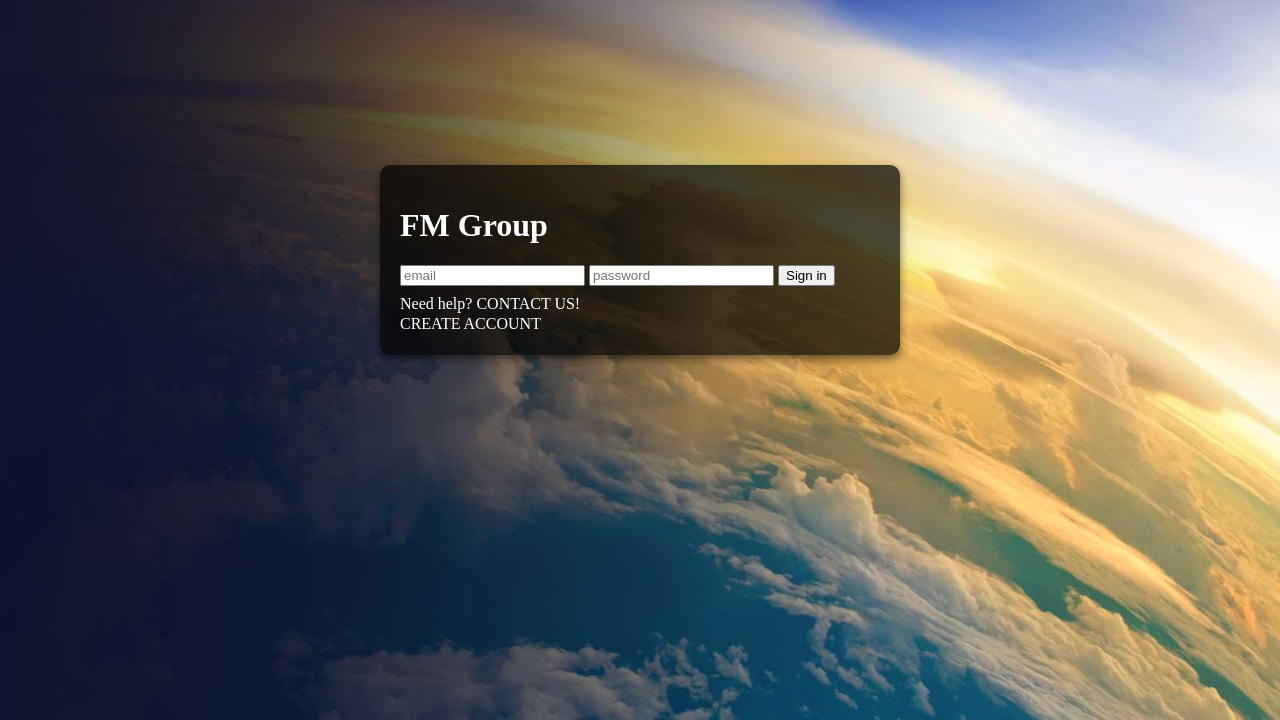
Repository: leeboseok/proposal-board
Page: http://localhost/ProposalSys/signin.jsp
The author's editor kept a copy of each file at every save. The page is drawn from the files as they stood at one save, then again after the next save.
The browser window is 1280 px wide. The pictures show the whole page.
The page is served by Tomcat 9.

Above is the page before, as saved 2024-07-31 16:26:38.

After the next save:
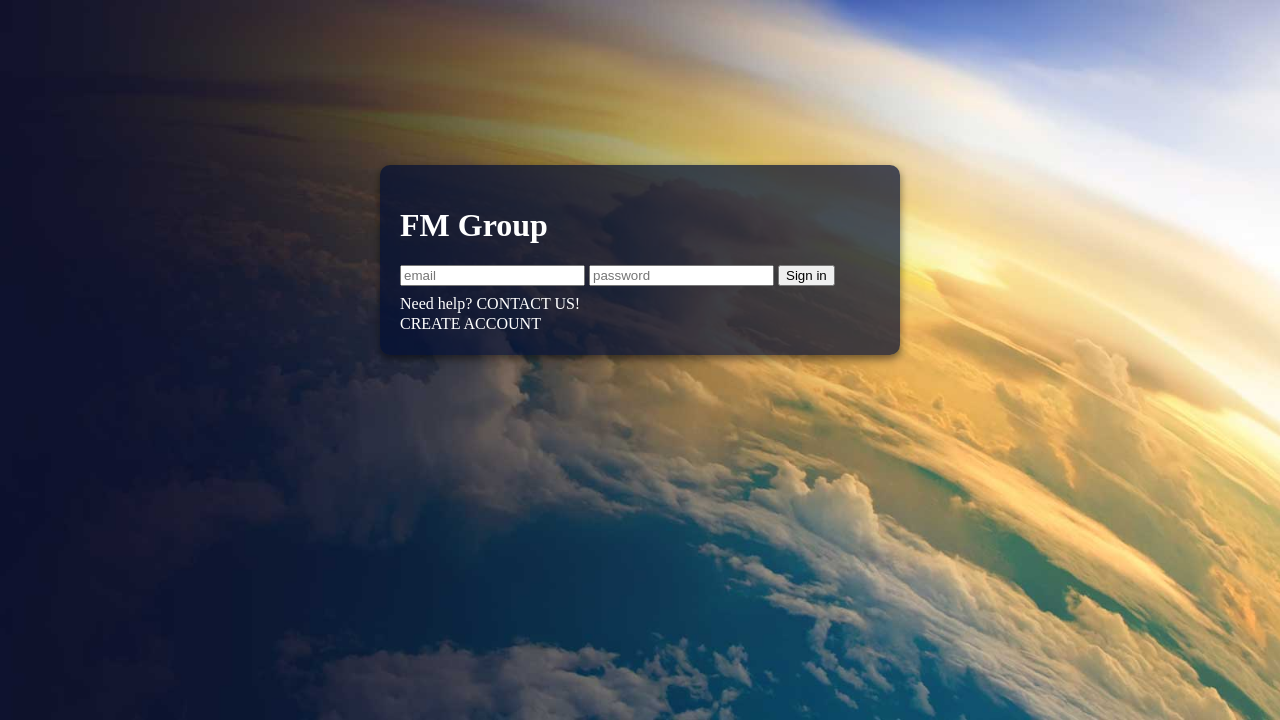
Saved 13 s later.
--- a/ProposalSys/src/main/webapp/css/signin.css
+++ b/ProposalSys/src/main/webapp/css/signin.css
@@ -23,7 +23,7 @@
 #wrap {
     width: 480px; /* Adjust width as needed */
     padding: 20px; /* Optional: add padding inside the wrap */
-    background-color: rgba(0, 0, 0, 0.7); /* Optional: background color for better visibility */
+    background-color: rgba(0,14,51,0.7); /* Optional: background color for better visibility */
     border-radius: 10px; /* Optional: rounded corners */
     box-shadow: 0 4px 8px rgba(0, 0, 0, 0.5); /* Optional: shadow for better visual appeal */
     transform: translateY(-100px) /* Adjust this value to move the form upwards */
